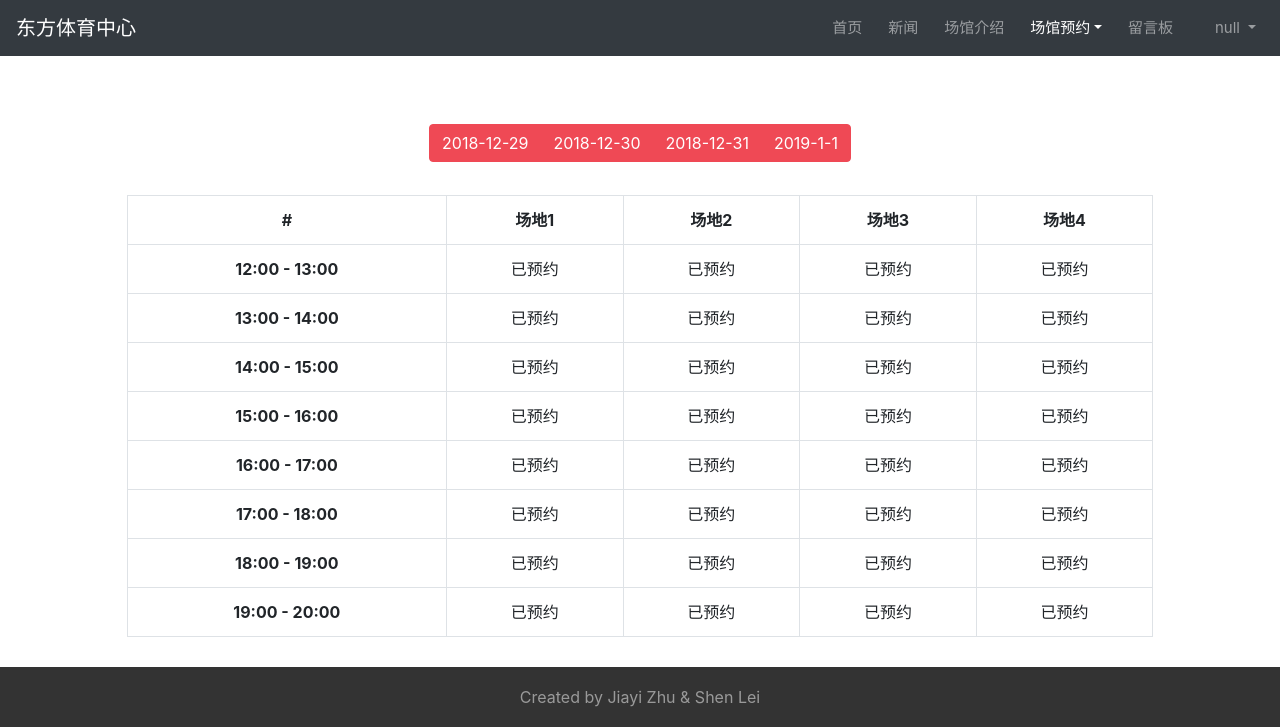
Repository: yueyue200830/Gym-Reservation
Page: http://localhost/reservation/reservation.jsp?rnvid=1
The author's editor kept a copy of each file at every save. The page is drawn from the files as they stood at one save, then again after the next save.
The browser window is 1280 px wide. The pictures show the whole page.
Some web fonts or font styles are not loaded; a fallback is used. The page is served by Tomcat 9. Other server files are loaded and not shown. Queries for data that is not in the repository find no rows.

Above is the page before, as saved 2018-12-28 06:05:49.

### reservation/WebContent/reservation.jsp
<%@ page language="java" contentType="text/html; charset=UTF-8"
    pageEncoding="UTF-8"%>
<!DOCTYPE html>
<html>
<head>
	<meta charset="UTF-8">
	<meta name="viewport" content="width=device-width, initial-scale=1, shrink-to-fit=no">
	<title>预约</title>
	<link href="reservation.css" rel="stylesheet">
	<link href="settled.css" rel="stylesheet">
	<link rel="stylesheet" href="bootstrap/css/bootstrap.min.css">
</head>
<body>
	<nav class="navbar navbar-expand-sm navbar-dark bg-dark">
      <a class="navbar-brand">东方体育中心</a>
      <button class="navbar-toggler" type="button" data-toggle="collapse" data-target="#navbarsExample03" aria-controls="navbarsExample03" aria-expanded="false" aria-label="Toggle navigation">
      	<span class="navbar-toggler-icon"></span>
      </button>
      <div class="collapse navbar-collapse" id="navbarsExample03">
        <ul class="navbar-nav ml-auto">
        <li class="nav-item">
            <a class="nav-link" href="Hello.jsp">首页 <span class="sr-only">(current)</span></a>
          </li>
          <li class="nav-item">
            <a class="nav-link" href="news.jsp">新闻 </a>
          </li>
          <li class="nav-item">
            <a class="nav-link" href="rvnintro.jsp">场馆介绍</a>
          </li>
          <li class="nav-item dropdown active">
            <a class="nav-link dropdown-toggle" href="#" id="dropdown03" data-toggle="dropdown" aria-haspopup="true" aria-expanded="false">场馆预约</a>
            <div class="dropdown-menu dropdown-top" aria-labelledby="dropdown03">
              <a class="dropdown-item dropdown-word" href="reservation.jsp?rnvid=1">篮球</a>
              <a class="dropdown-item dropdown-word" href="reservation.jsp?rnvid=2">乒乓球</a>
              <a class="dropdown-item dropdown-word" href="reservation.jsp?rnvid=3">羽毛球</a>
              <a class="dropdown-item dropdown-word" href="reservation.jsp?rnvid=4">排球</a>
            </div>
          </li>

          <li class="nav-item">
            <a class="nav-link" href="messageboard.jsp">留言板</a>
          </li>
          <li class="nav-item dropdown no-arrow">
            <a class="nav-link dropdown-toggle" href="#" id="userDropdown" role="button" data-toggle="dropdown" aria-haspopup="true" aria-expanded="false">
            	<i class="ps-icon"></i>
            	<%= session.getAttribute("usrName") %>
            </a>
            <div class="dropdown-menu dropdown-menu-right dropdown-top" aria-labelledby="userDropdown">
              <a class="dropdown-item dropdown-word" href="UserInform.jsp">个人信息</a>
              <a class="dropdown-item dropdown-word" href="myorder.jsp">我的订单</a>
            <div class="dropdown-divider"></div>
              <a class="dropdown-item dropdown-word" href="#" data-toggle="modal" data-target="#logoutModal">登出</a>
            </div>
        </li>
      </ul>
      </div>
    </nav>
	<div class="center">
		<div class="btn-group btn_group_date" role="group" id="days" aria-label="First group" >
	    </div>
		<div class="card-body table-responsive table-show col-10">
			<table class="table table-bordered mb-0" id="reservation-table">
				<tr>
				<th>#</th>
				<th>场地1</th>
				<th>场地2</th>
				<th>场地3</th>
				<th>场地4</th>
				</tr>
			</table>
		</div>
	</div>
    <footer class="footer">
      <div class="container foot-text">
        <span class="foot-t">Created by Jiayi Zhu & Shen Lei</span>
      </div>
    </footer>
    <div class="modal fade" id="logoutModal" tabindex="-1" role="dialog" aria-labelledby="exampleModalLabel" style="display: none;" aria-hidden="true">
      <div class="modal-dialog" role="document">
        <div class="modal-content">
          <div class="modal-header">
            <h5 class="modal-title" id="exampleModalLabel">确定登出？</h5>
            <button class="close" type="button" data-dismiss="modal" aria-label="Close">
              <span aria-hidden="true">×</span>
            </button>
          </div>
          <div class="modal-body" style="text-align:center">生命在于运动</div>
          <div class="modal-footer">
            <button class="btn btn-secondary btn-cencel" type="button" data-dismiss="modal">取消</button>
            <a class="btn btn-primary" href="logout.jsp">确定</a>
          </div>
        </div>
      </div>
    </div>
    <script src="https://ajax.aspnetcdn.com/ajax/jquery/jquery-3.3.1.min.js"></script>
	<script src="https://cdn.staticfile.org/popper.js/1.14.3/umd/popper.min.js"></script>
	<script src="bootstrap/js/bootstrap.min.js"></script>
	<script>
	$(document).ready(function() {
		addDate();
		getTable();
	});
	function addDate() {
		var d = new Date();
		for (var i = 0; i < 4; i++) {
			var changeID = "day" + (i + 1);
			d = d.setDate(d.getDate() + 1);
			d = new Date(d);
			var changeday = d.getFullYear() + "-" + (d.getMonth()+1) + "-" + d.getDate();
			// document.getElementById(changeID).innerHTML = changeday;
			$("#days").append(
					"<a type='button' class='btn btn-secondary' id='" + changeID
					+ "' href='reservation.jsp?rnvid="+<%= request.getParameter("rnvid") %>+
					"&year="+d.getFullYear()+"&month="+(d.getMonth()+1)+"&day="+ d.getDate() +"')>" + changeday + "</a>");
		}
	}
	function getTable() {
		var t = new Date();
		t = t.setDate(t.getDate() + 1);
		t = new Date(t);
		var year = t.getFullYear();
		var month = t.getMonth()+1;
		var day = t.getDate();
		var rvnid = <%= request.getParameter("rnvid") %>;
		if(<%= request.getParameter("year") %> != null){
			year = <%= request.getParameter("year") %>;
			month = <%= request.getParameter("month") %>;
			day = <%= request.getParameter("day") %>;
		}
		//alert(year+","+month+","+day);
		var today = year + "-" + month + "-" + day;
		$.ajax({
			type : "POST",
			url : "OrderAvailable",
			data : {
				rvnID : rvnid,
				rvnDate : today
			},
			dataType : "json",
			success : function(data) {
				for (var j = 0; j < 8; j++) {
					var item = "<th>" + (j + 12) + ":00 - " + (j + 13) + ":00</th>";
					for (var i = 0; i < 4; i++) {
						if (data[i][j] != 0) {
							item += "<td><a href='orderadd.jsp?rvnRoom="+(i+1)+"&rvnTime="+(j+1)+"&rvnId="+
									rvnid+"&rvnPrice="+data[i][j]+"&year="+ year+"&month="+month+"&day="+day+
									"'>"+data[i][j]+"元</a></td>";
						} else {
							item += "<td><a>已预约</a></td>";
						}
					}
					$("#reservation-table").append("<tr>" + item + "<tr>");
				}
			},
			error : function(XMLHttpRequest, textStatus, errorThrown) {
				alert(XMLHttpRequest.status);
				alert(XMLHttpRequest.readyState);
				alert(textStatus);
			}
		});
	}
	</script>
</body>
</html>

### reservation/WebContent/reservation.css
@charset "UTF-8";

.center{
	text-align:center !important;
}

[type=button]{
	-webkit-appearance:none !important;
	outline:none;
}

.btn_group_date{
	padding: 1% !important;
	margin-top:2% !important;
}

### reservation/WebContent/settled.css
@charset "UTF-8";


/*
 *navbar
 */

@font-face {
  font-family: 'FontAwesome';
  src: url('fonts/fontawesome-webfont.eot?v=4.7.0');
  src: url('fonts/fontawesome-webfont.eot?#iefix&v=4.7.0') format('embedded-opentype'), url('../fonts/fontawesome-webfont.woff2?v=4.7.0') format('woff2'), url('../fonts/fontawesome-webfont.woff?v=4.7.0') format('woff'), url('../fonts/fontawesome-webfont.ttf?v=4.7.0') format('truetype'), url('../fonts/fontawesome-webfont.svg?v=4.7.0#fontawesomeregular') format('svg');
  font-weight: normal;
  font-style: normal;
}

.ps-icon::before{
	content: '\f007';
	font-family: FontAwesome !important;
	font-style: normal !important;
}


.body {
  padding-bottom: 20px;
}

.navbar {
  font-size: 15px !important;
}

.navbar-brand {
  color: #fff !important;
}

.dropdown-top {
  min-width: 7rem !important;
}

.navbar-nav li {
  margin-left: 10px;
}

.dropdown-word {
  font-size: 15px !important;
  text-align: center !important;
}



.dropdown-word:active {
	background-color: #ef4955 !important;
}

/*
 *Sticky footer styles
 */
html {
  position: relative;
  min-height: 100%;
}

body {
  margin-bottom: 60px; /* Margin bottom by footer height */
}

.footer {
  position: absolute;
  bottom: 0;
  width: 100%;
  height: 60px; /* Set the fixed height of the footer here */
  line-height: 60px; /* Vertically center the text there */
  background-color: #333;
}

.foot-t {
  color: rgba(255, 255, 255, .5);
  margin-bottom: 0;
}

.foot-text {
  text-align: center!important;
}

/*
 *button
 */

.btn {
  background-color: #ef4955 !important;
  border-color: #ef4955 !important;
  margin-top: 30px;
}

.btn:active,
.btn:focus{
  border: 0 !important;
  border-color: rgba(0,0,0,0) !important;
  box-shadow: 0 0 0 3px rgba(239, 73, 85, .5) !important;
}

.modal-footer>.btn-primary,
.modal-footer>.btn-secondary {
  padding: 3px 15px !important;
}

.close:active {
  border: 0 !important;
  box-shadow: 0 0 0 0 rgba(239, 73, 85, .5) !important;
}

.btn-a {
  color: #fff !important;
}

/*
 *table
 */

.table-show {
	margin-bottom:70px !important;
	margin-top: 30px;
	margin:auto;
	text-align:center;
}

### reservation/src/servlet/OrderAvailable.java
package servlet;

import java.io.IOException;
import javax.servlet.ServletException;
import javax.servlet.annotation.WebServlet;
import javax.servlet.http.HttpServlet;
import javax.servlet.http.HttpServletRequest;
import javax.servlet.http.HttpServletResponse;

import dbconns.OrderDAO;
import dbconns.OrderDAOImpl;
import net.sf.json.JSONArray;

/**
 * Servlet implementation class OrderAvailable
 */
@WebServlet("/OrderAvailable")
public class OrderAvailable extends HttpServlet {
	private static final long serialVersionUID = 1L;

    /**
     * @see HttpServlet#HttpServlet()
     */
    public OrderAvailable() {
        super();
        // TODO Auto-generated constructor stub
    }

	/**
	 * @see HttpServlet#doGet(HttpServletRequest request, HttpServletResponse response)
	 */
	protected void doGet(HttpServletRequest request, HttpServletResponse response) throws ServletException, IOException {
		// TODO Auto-generated method stub
		//doPost(request,response);
	}

	/**
	 * @see HttpServlet#doPost(HttpServletRequest request, HttpServletResponse response)
	 */
	protected void doPost(HttpServletRequest request, HttpServletResponse response) throws ServletException, IOException {
		System.out.println("... in order-available servlet");
		request.setCharacterEncoding("utf-8"); //solve messy code when getting parameters
		response.setCharacterEncoding("utf-8");
		response.setContentType("text/html; charset=utf-8");

		int rvnID=Integer.valueOf(request.getParameter("rvnID"));
		String rvnDate=request.getParameter("rvnDate");
		//String rvnDate="2018-12-27";

		OrderDAO od=new OrderDAOImpl();
		int[][] avai=new int[4][8];
		avai=od.available(rvnID, rvnDate);


		System.out.println("-- order available success --");
		JSONArray array=JSONArray.fromObject(avai);
		response.getWriter().write(array.toString());

	}

}

### reservation/src/dbconns/OrderDAOImpl.java
package dbconns;

import java.sql.*;
import java.text.SimpleDateFormat;
import java.util.ArrayList;
import java.util.List;
import java.util.Date;

import beans.News;
import beans.Order;
import dbconns.RevenueDAO;
import dbconns.RevenueDAOImpl;

public class OrderDAOImpl implements OrderDAO {

	public List<String> getall() {
		System.out.println("... in Order-getall");
		List<String> list = new ArrayList<String>();

    	try {
		    Connection conn=DBconn.init();

		    PreparedStatement ps=conn.prepareStatement("SELECT ordID,usrName,ordName,rvnName,rvnRoom,ordPhone,ordPrice,rvnDate,rvnTime FROM orders inner join users on orders.usrID=users.usrID inner join revenues on orders.rvnID = revenues.rvnID");
			ResultSet rs = ps.executeQuery();
			System.out.println("-- query done --");
			while(rs.next()){
				list.add(Integer.toString(rs.getInt("ordID")));
				list.add(rs.getString("usrName"));
				list.add(rs.getString("ordName"));
				list.add(rs.getString("rvnName"));
				list.add(Integer.toString(rs.getInt("rvnRoom")));
				list.add(rs.getString("ordPhone"));
				list.add(Double.toString(rs.getDouble("ordPrice")));
				list.add(new SimpleDateFormat("yyyy-MM-dd").format(rs.getDate("rvnDate")));
				int orgTime = rs.getInt("rvnTime");
				String time = Integer.toString(orgTime+12)+":00 - "+Integer.toString(orgTime+13)+":00";
				list.add(time);
			}

			DBconn.close();

			System.out.println("-- Order-getall success --");

			return list;
		} catch (SQLException e) {
			System.out.println("!! Order-getall sql error !!");
			e.printStackTrace();
		}
		return null;
	}

	public List<String> usergetall(int usrID){
		System.out.println("... in Order-usergetall");
		List<String> list = new ArrayList<String>();

    	try {
		    Connection conn=DBconn.init();

		    PreparedStatement ps=conn.prepareStatement("SELECT ordID,usrName,ordName,rvnName,rvnRoom,ordPhone,ordPrice,rvnDate,rvnTime "
		    +"FROM orders inner join users on orders.usrID=users.usrID inner join revenues on orders.rvnID = revenues.rvnID where orders.usrID="+usrID);
			ResultSet rs = ps.executeQuery();
			System.out.println("-- query done --");
			while(rs.next()){
				list.add(Integer.toString(rs.getInt("ordID")));
				list.add(rs.getString("usrName"));
				list.add(rs.getString("ordName"));
				list.add(rs.getString("rvnName"));
				list.add(Integer.toString(rs.getInt("rvnRoom")));
				list.add(rs.getString("ordPhone"));
				list.add(Double.toString(rs.getDouble("ordPrice")));
				list.add(new SimpleDateFormat("yyyy-MM-dd").format(rs.getDate("rvnDate")));
				int orgTime = rs.getInt("rvnTime");
				String time = Integer.toString(orgTime+12)+":00 - "+Integer.toString(orgTime+13)+":00";
				list.add(time);
			}

			DBconn.close();

			System.out.println("-- Order-usergetall success --");

			return list;
		} catch (SQLException e) {
			System.out.println("!! Order-usergetall sql error !!");
			e.printStackTrace();
		}
		return null;
	}

	public int[][] available(int rvnID, String rvnDate){
		System.out.println("... in order-available");
		int price=0;
		RevenueDAO rd=new RevenueDAOImpl();
		price=rd.findprice(rvnID);
		int[][] avai=new int[4][8];
		for(int i=0;i<4;i++) {
			for(int j=0;j<8;j++) {
				avai[i][j]=price;
			}
		}

		String sql="select rvnRoom,rvnTime from orders where rvnDate=? and rvnID=?";

		try {
			Connection conn=DBconn.init();

			PreparedStatement ps=conn.prepareStatement(sql);
			ps.setString(1,rvnDate);
			ps.setInt(2,rvnID);
			System.out.println("-- ps success: "+ps+" --");

			ResultSet rs=ps.executeQuery();

			while(rs.next()) {
				int col=0,row=0;
				row=rs.getInt("rvnRoom");
				col=rs.getInt("rvnTime");
				System.out.println(row+","+col);
				avai[row-1][col-1]=0;
			}
			DBconn.close();

			for(int i=0;i<4;i++) {
				for(int j=0;j<8;j++) {
					System.out.print(avai[i][j]+" ");
				}
				System.out.println("");
			}

			System.out.println("-- orderdaoimpl-available success --");

		} catch (SQLException e) {
			System.out.println("!! order-available sql error !!");
			e.printStackTrace();
		}

		return avai;
	}

	public boolean add(int usrID, String ordName, int rvnID, int rvnRoom,String ordPhone, double ordPrice, String rvnDate, int rvnTime) {
		System.out.println("... in order-add");
		String sql="insert into orders (usrID,ordName,rvnID,rvnRoom,ordPhone,ordPrice,rvnDate,rvnTime) values (?,?,?,?,?,?,?,?)";
		int r=0;
		boolean flag=false;

		try {
			Connection conn=DBconn.init();

			PreparedStatement ps=conn.prepareStatement(sql);
			ps.setString(1,Integer.toString(usrID));
			ps.setString(2,ordName);
			ps.setString(3,Integer.toString(rvnID));
			ps.setString(4,Integer.toString(rvnRoom));
			ps.setString(5,ordPhone);
			ps.setString(6,Double.toString(ordPrice));
			ps.setString(7,rvnDate);
			ps.setString(8,Integer.toString(rvnTime));
			System.out.println("-- ps success: "+ps+" --");

			r=ps.executeUpdate();

			if(r>0)
				flag=true;

			DBconn.close();
		}catch(SQLException e) {
			System.out.println("!! user-register sql error !!");
			e.printStackTrace();
		}

		return flag;
	}

	public boolean delete(int ordID) {
		System.out.println("... in order-add");
		String sql="delete from orders where ordID=?";
		int r=0;
		boolean flag=false;

		try {
			Connection conn=DBconn.init();

			PreparedStatement ps=conn.prepareStatement(sql);
			ps.setString(1,Integer.toString(ordID));
			System.out.println("-- ps success: "+ps+" --");

			r=ps.executeUpdate();

			if(r>0)
				flag=true;

			DBconn.close();
		}catch(SQLException e) {
			System.out.println("!! user-delete sql error !!");
			e.printStackTrace();
		}

		return flag;
	}
}

### reservation/src/dbconns/RevenueDAOImpl.java
package dbconns;

import java.sql.*;
import java.util.ArrayList;
import java.util.List;

import beans.Revenue;

public class RevenueDAOImpl implements RevenueDAO {

	public boolean update(int rvnID, String rvnName, int rvnNum, double rvnPrice) {
		System.out.println("... in revenue-update");
		boolean flag = false;
		int r = 0;
		String sql = "update revenues set rvnName=?,rvnNum=?,rvnPrice=? where rvnID=?";

		try {
			Connection conn = DBconn.init();

			PreparedStatement ps=conn.prepareStatement(sql);
			ps.setString(1, rvnName);
			ps.setString(2, Integer.toString(rvnNum));
			ps.setString(3, Double.toString(rvnPrice));
			ps.setString(4, Integer.toString(rvnID));
			r=ps.executeUpdate();
			DBconn.close();
		} catch (SQLException e) {
			System.out.println("!! revenue-update error !!");
			e.printStackTrace();
		}

		if (r > 0) {
			System.out.println("--" + r + " lines affected --");
			flag = true;
		}

		return flag;
	}

	public List<Revenue> getall() {
		System.out.println("... in revenue-getall");
		List<Revenue> list = new ArrayList<Revenue>();

    	try {
		    Connection conn=DBconn.init();

		    PreparedStatement ps=conn.prepareStatement("select * from revenues");
			ResultSet rs = ps.executeQuery();
			while(rs.next()){
				Revenue revenue=new Revenue();
				revenue.setRvnID(rs.getInt("rvnID"));
				revenue.setRvnName(rs.getString("rvnName"));
				revenue.setRvnNum(rs.getInt("rvnNum"));
				revenue.setRvnPrice(rs.getInt("rvnPrice"));
				list.add(revenue);
			}
			DBconn.close();

			System.out.println("-- revenue-getall success --");

			return list;
		} catch (SQLException e) {
			System.out.println("!! revenue-getall sql error !!");
			e.printStackTrace();
		}
		return null;
	}

	public int findprice(int rvnID) {
		System.out.println("... in revenue-findprice");
		int price=0;

    	try {
		    Connection conn=DBconn.init();

		    PreparedStatement ps=conn.prepareStatement("select rvnPrice from revenues where rvnID="+rvnID);
			ResultSet rs = ps.executeQuery();
			while(rs.next()){
				price=rs.getInt("rvnPrice");
			}
			DBconn.close();

			System.out.println("-- revenue-findprice success --");
		} catch (SQLException e) {
			System.out.println("!! revenue-findprice sql error !!");
			e.printStackTrace();
		}

		return price;

	}
}

### reservation/src/dbconns/DBconn.java
package dbconns;

import java.sql.*;

public class DBconn {
	private static String url = "jdbc:mysql://localhost:3306/reservations?useUnicode=true&characterEncoding=utf-8&useSSL=false&serverTimezone=GMT";
	private static String username = "root";
	private static String password = "123456";
	private static Connection  conn = null;


	public static Connection init(){
		try {
			Class.forName("com.mysql.jdbc.Driver");
			System.out.println("-- success loading Mysql Driver --");
			conn = DriverManager.getConnection(url,username,password);
			return conn;
		} catch (Exception e) {
			System.out.println("!! sql init error !!");
			e.printStackTrace();
			return null;
		}
	}

	public static void close(){
		try {
			conn.close();
		} catch (SQLException e) {
			System.out.println("!! sql close error !!");
			e.printStackTrace();
		}
	}
}

Loaded but not shown: reservation/WebContent/bootstrap/css/bootstrap.min.css (library); reservation/WebContent/bootstrap/js/bootstrap.min.js (library)

After the next save:
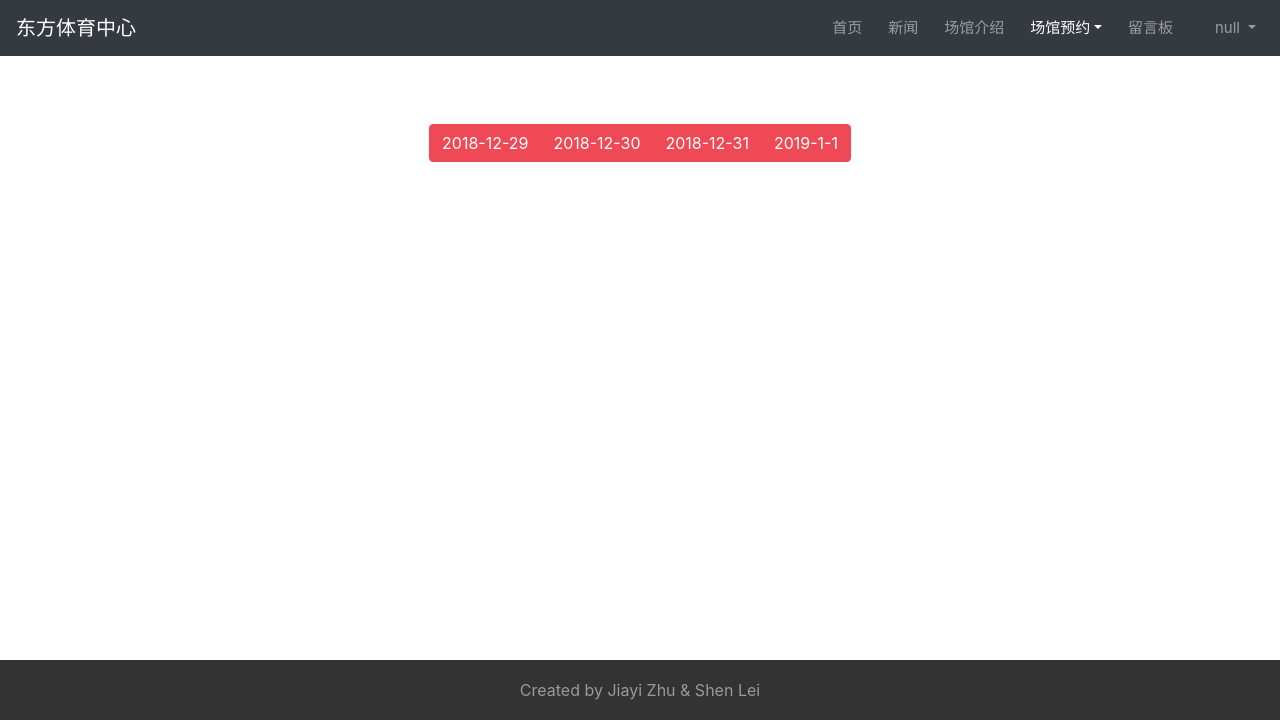
Console error: ReferenceError: item is not defined
Saved 5 min 26 s later.
--- a/reservation/WebContent/reservation.jsp
+++ b/reservation/WebContent/reservation.jsp
@@ -60,13 +60,7 @@
 	    </div>
 		<div class="card-body table-responsive table-show col-10">
 			<table class="table table-bordered mb-0" id="reservation-table">
-				<tr>
-				<th>#</th>
-				<th>场地1</th>
-				<th>场地2</th>
-				<th>场地3</th>
-				<th>场地4</th>
-				</tr>
+
 			</table>
 		</div>
 	</div>
@@ -127,6 +121,18 @@
 			month = <%= request.getParameter("month") %>;
 			day = <%= request.getParameter("day") %>;
 		}
+		var list ="<tr><th>"
+		if(rvnid == 1){
+			list += "篮球";
+		}else if(rvnid == 2){
+			list += "乒乓球";
+		}else if(rvnid == 3){
+			list += "羽毛球";
+		}else if(rvnid == 4){
+			list += "排球";
+		}
+		list += "#</th><th>场地1</th><th>场地2</th><th>场地3</th><th>场地4</th></tr>";
+		$("#reservation-table").append(item);
 		//alert(year+","+month+","+day);
 		var today = year + "-" + month + "-" + day;
 		$.ajax({

After the 2 saves that followed:
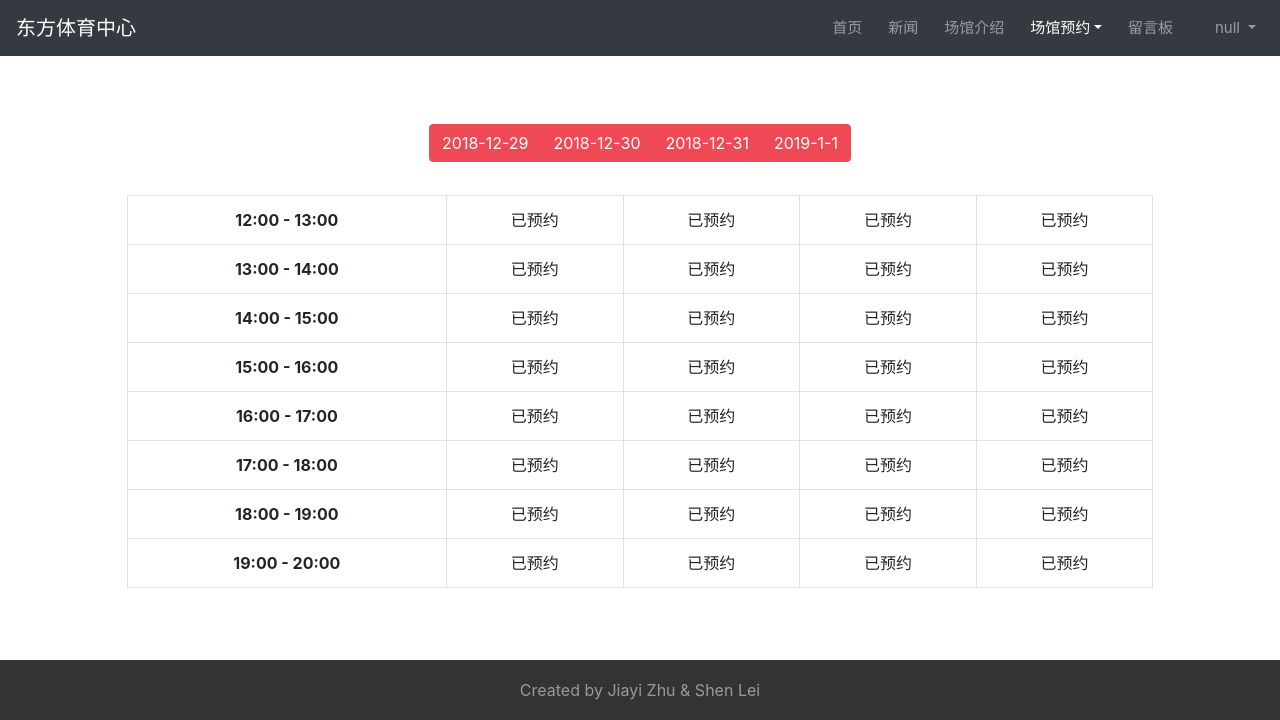
The error is gone.
The 2 saves are shown as one change because 1 left the picture as it was.
The last was saved 46 s later.
--- a/reservation/WebContent/reservation.jsp
+++ b/reservation/WebContent/reservation.jsp
@@ -121,6 +121,8 @@
 			month = <%= request.getParameter("month") %>;
 			day = <%= request.getParameter("day") %>;
 		}
+		/*
+		alert("pp");
 		var list ="<tr><th>"
 		if(rvnid == 1){
 			list += "篮球";
@@ -131,8 +133,11 @@
 		}else if(rvnid == 4){
 			list += "排球";
 		}
-		list += "#</th><th>场地1</th><th>场地2</th><th>场地3</th><th>场地4</th></tr>";
+		list += "</th><th>场地1</th><th>场地2</th><th>场地3</th><th>场地4</th></tr>";
+		alert("yy");
+
 		$("#reservation-table").append(item);
+		*/
 		//alert(year+","+month+","+day);
 		var today = year + "-" + month + "-" + day;
 		$.ajax({
